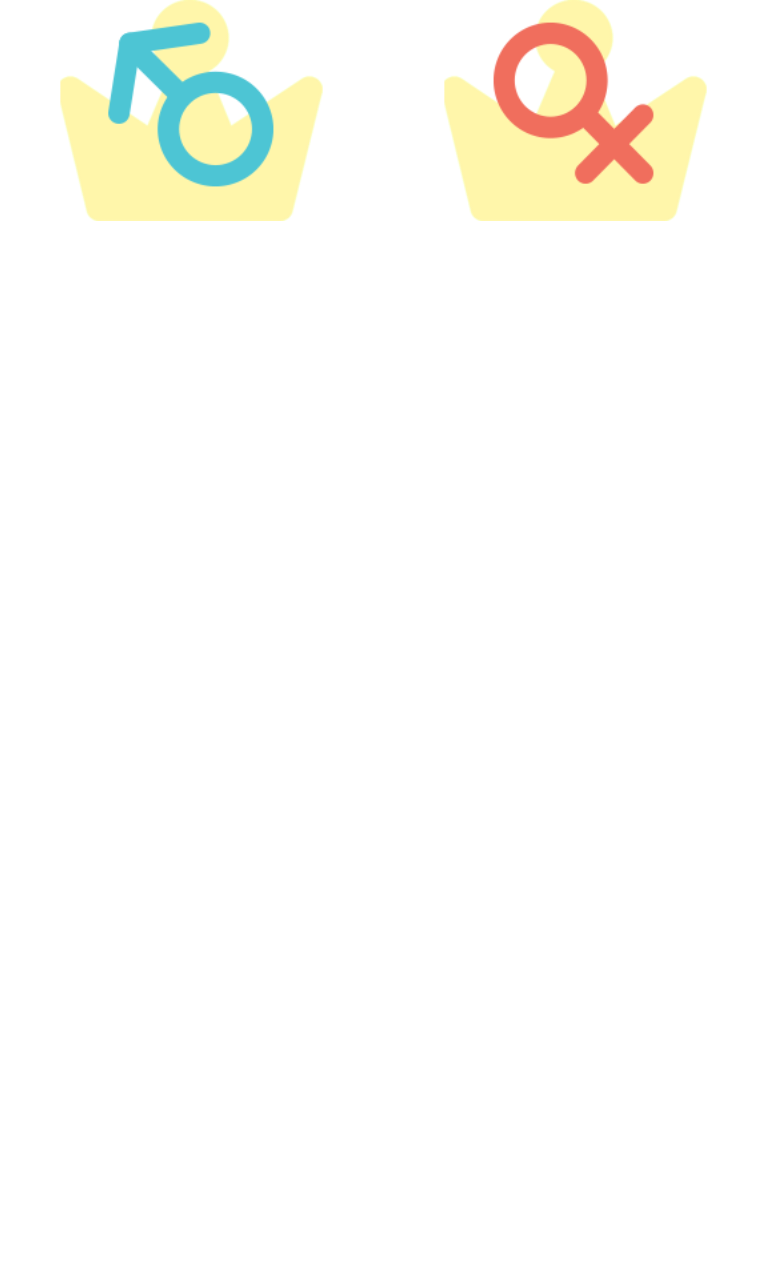
Repository: dokwon/mingle_final_client
Layout: mingle/res/layout/vote_fragment.xml
These files come from the project's save history. The layout is drawn as it stood at one moment and after the next save; the edit follows.
It is drawn on a 768 x 1280 px phone screen (xhdpi) without system bars, with theme WhiteTheme; the app's code is not run. Lists and similar views that code fills are empty.

Above is the layout before, as saved 2014-08-05 09:36:40.

After the next save:
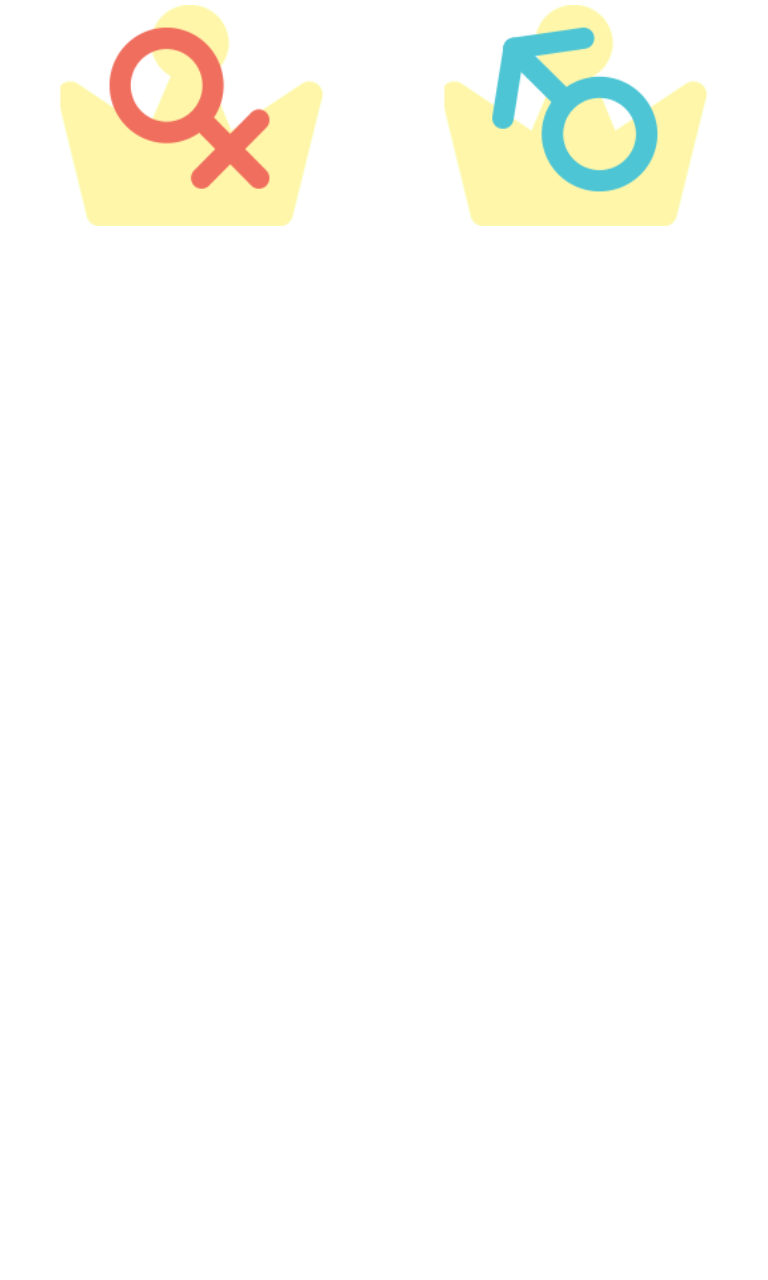
Saved 4 min 4 s later.
--- a/mingle/res/layout/vote_fragment.xml
+++ b/mingle/res/layout/vote_fragment.xml
@@ -16,8 +16,9 @@
 			    android:id="@+id/femaleTopLogo"
 			    android:layout_width="wrap_content"
 			    android:layout_height="wrap_content"
+			    android:layout_marginTop="5dp"
 			    android:layout_centerInParent="true"
-			    android:src="@drawable/king_symbol" />
+			    android:src="@drawable/queen_symbol" />
 
 		</RelativeLayout>
 		<RelativeLayout android:layout_weight="1" android:layout_height="fill_parent" android:layout_width="fill_parent">
@@ -25,8 +26,9 @@
 				    android:id="@+id/maleTopLogo"
 				    android:layout_width="wrap_content"
 				    android:layout_height="wrap_content"
+				    android:layout_marginTop="5dp"
 				    android:layout_centerInParent="true"
-				    android:src="@drawable/queen_symbol" />
+				    android:src="@drawable/king_symbol" />
 		</RelativeLayout>
 	</LinearLayout>
 
